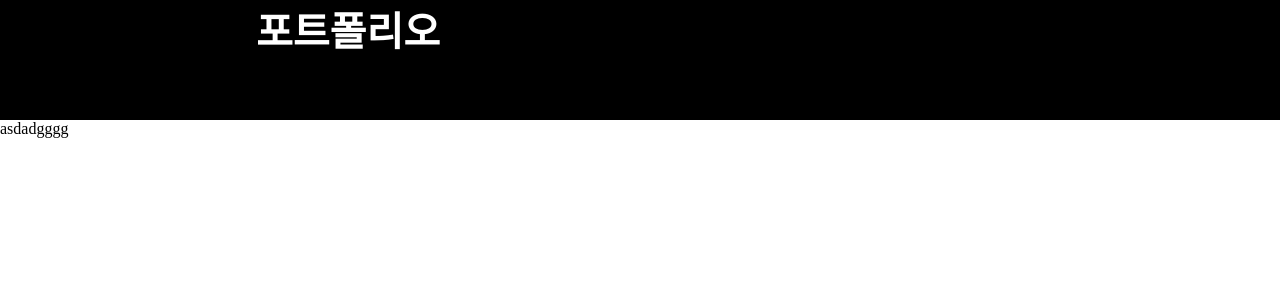
Repository: ItChoi/CSS-Study
Page: Css/WebContent/html/boostcourse/project-A1/portfolio.html
An editor plug-in stored every save of this project. The page is shown before and after the next save, followed by the edit.
The browser window is 1280 px wide. The pictures show the whole page.

Above is the page before, as saved 2019-06-17 12:38:33.

After the next save:
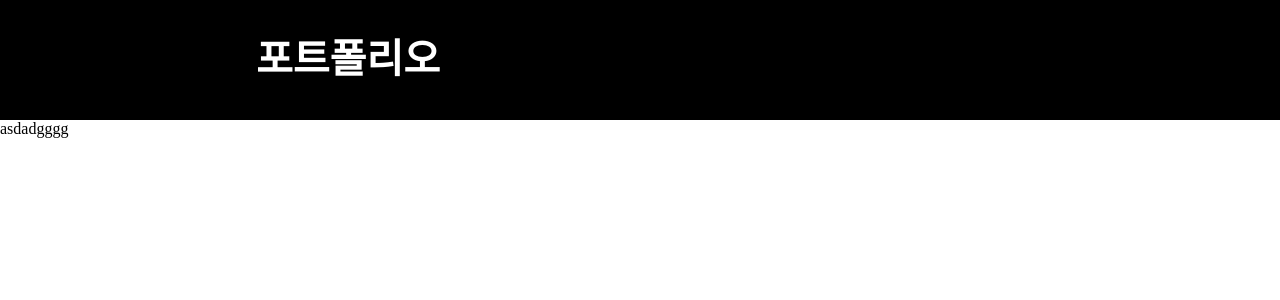
Saved 3 min 37 s later.
--- a/Css/WebContent/css/boostcourse/project-A1/portfolio.css
+++ b/Css/WebContent/css/boostcourse/project-A1/portfolio.css
@@ -29,4 +29,5 @@ html, body, .wrap {
 	color: #fff;
 	font-size: 40px;
 	font-weight: bold;
+	line-height: 120px;
 }
